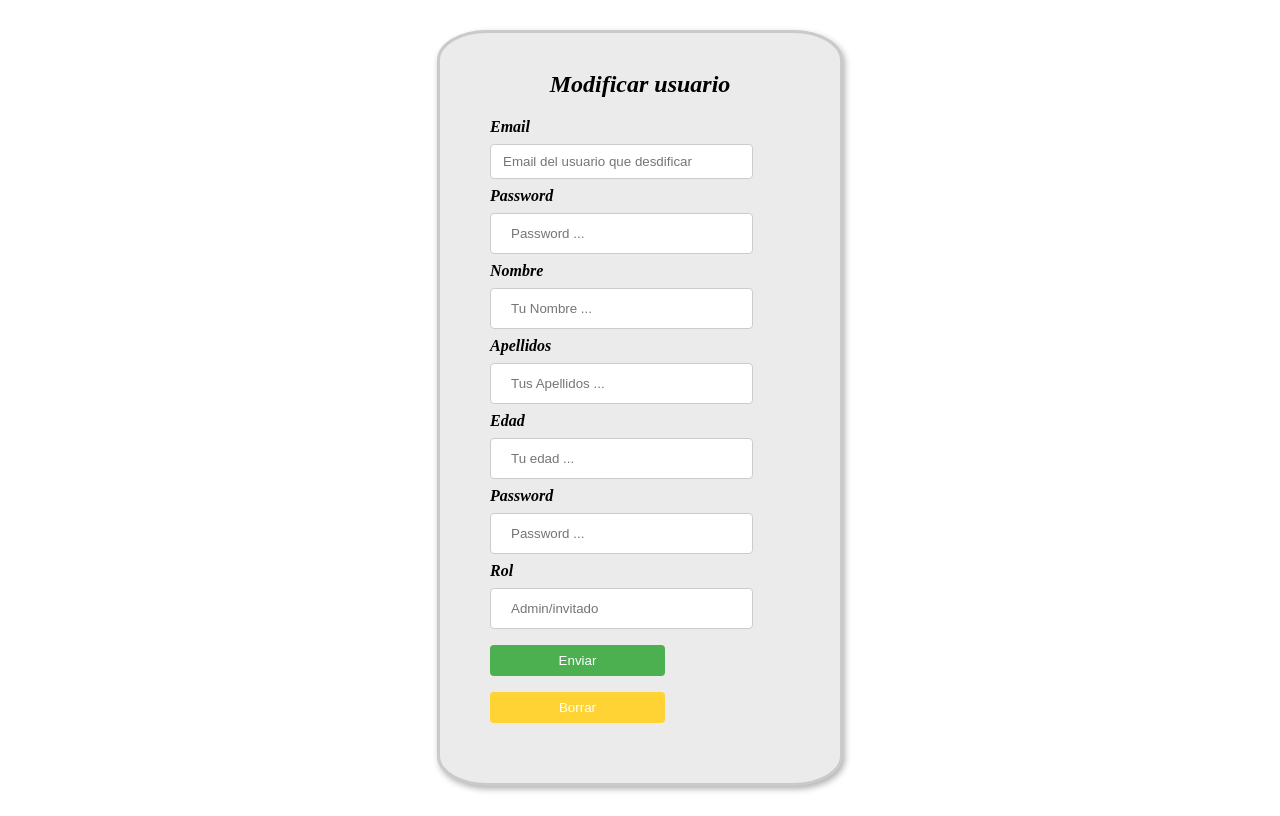
Repository: nachmz42/ProyectoJoker
Page: http://localhost/Joker/modificarusuario.jsp
The author's editor kept a copy of each file at every save. The page is drawn from the files as they stood at one save, then again after the next save.
The browser window is 1280 px wide. The pictures show the whole page.
The page is served by Tomcat 9.

Above is the page before, as saved 2021-07-02 11:14:54.

After the next save:
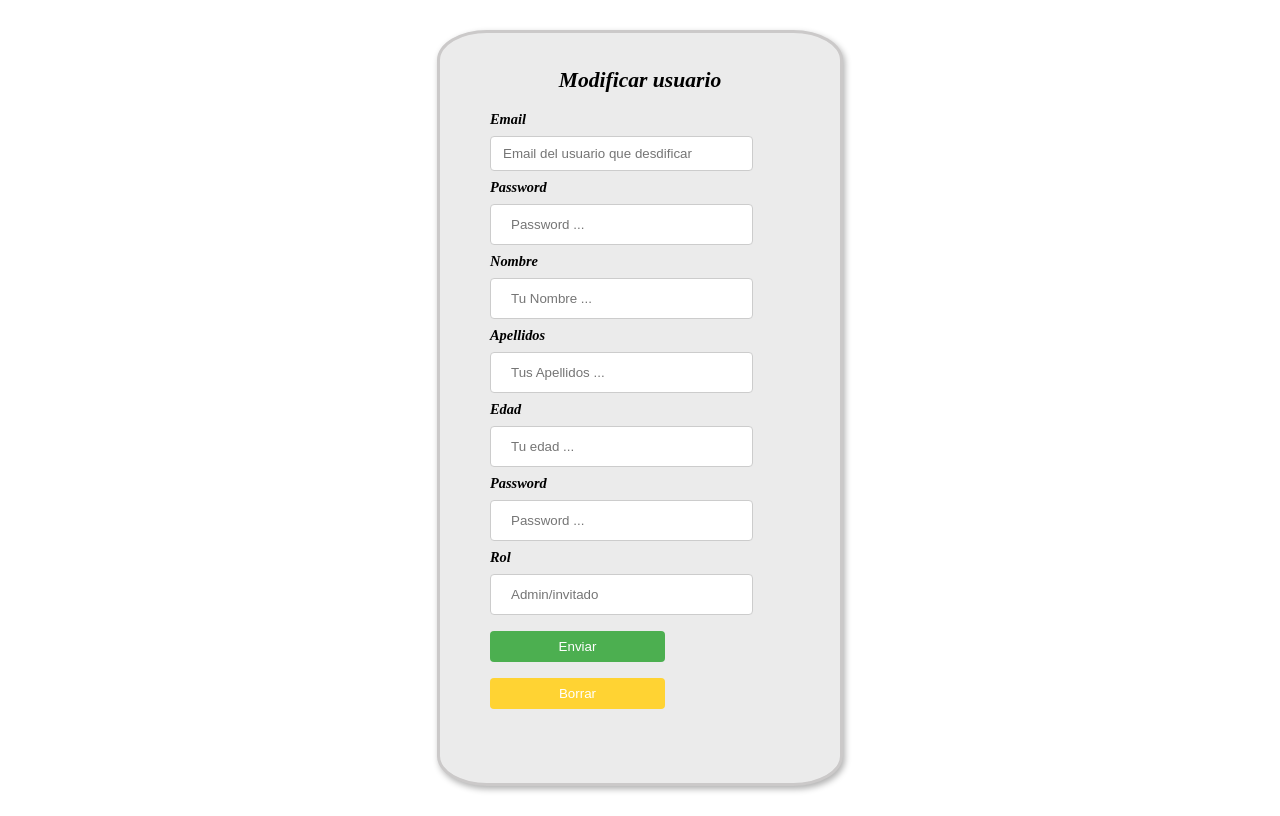
Saved 14 s later.
--- a/Joker/src/main/webapp/STYLE/css/modificarusuario.css
+++ b/Joker/src/main/webapp/STYLE/css/modificarusuario.css
@@ -61,7 +61,7 @@ input[type=reset] {
 	box-shadow: 2px 3px 6px rgba(0, 0, 0, .31);
 	border: solid 3px #cbc9c9;
 	Text-align: center;
-	 font: oblique bold 100% cursive;
+	 font: oblique bold 90% cursive;
 }
 
 
